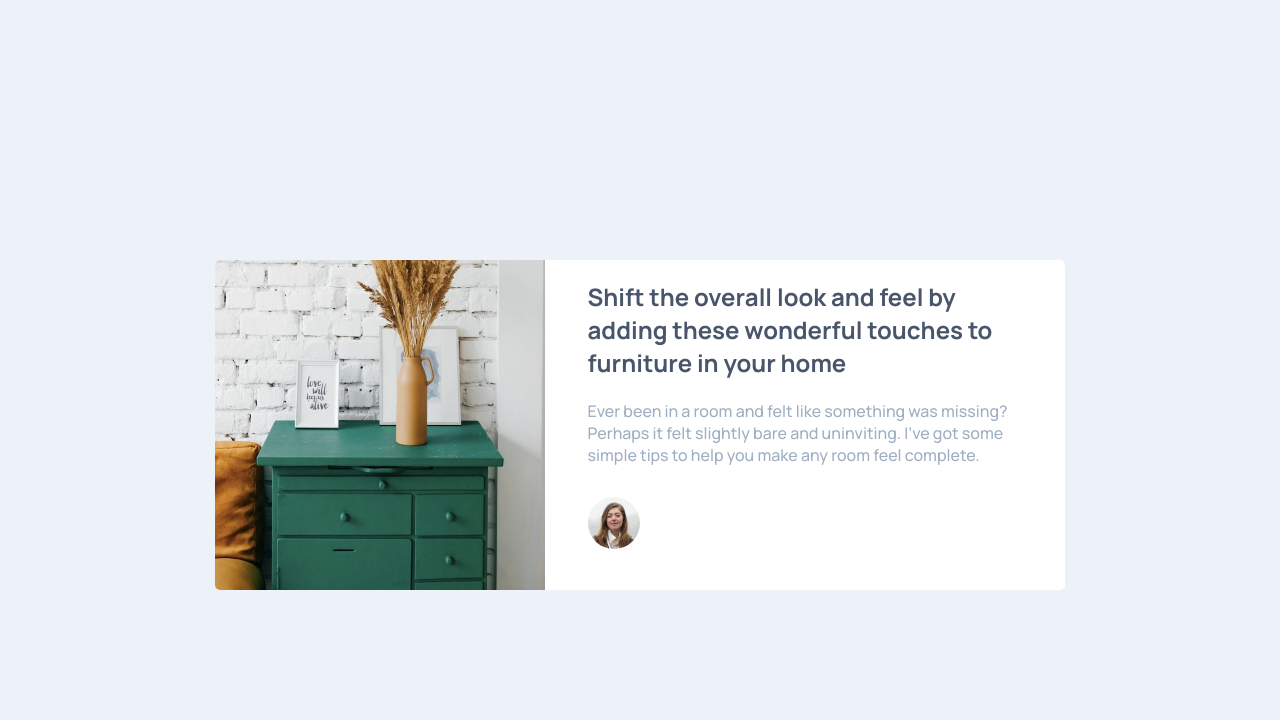
Repository: ricky603/training-css
Page: article-preview-component-master/index.html
An editor plug-in stored every save of this project. The page is shown before and after the next save, followed by the edit.
The browser window is 1280 px wide. The pictures show the whole page.

Above is the page before, as saved 2020-09-09 09:29:18.

After the next save:
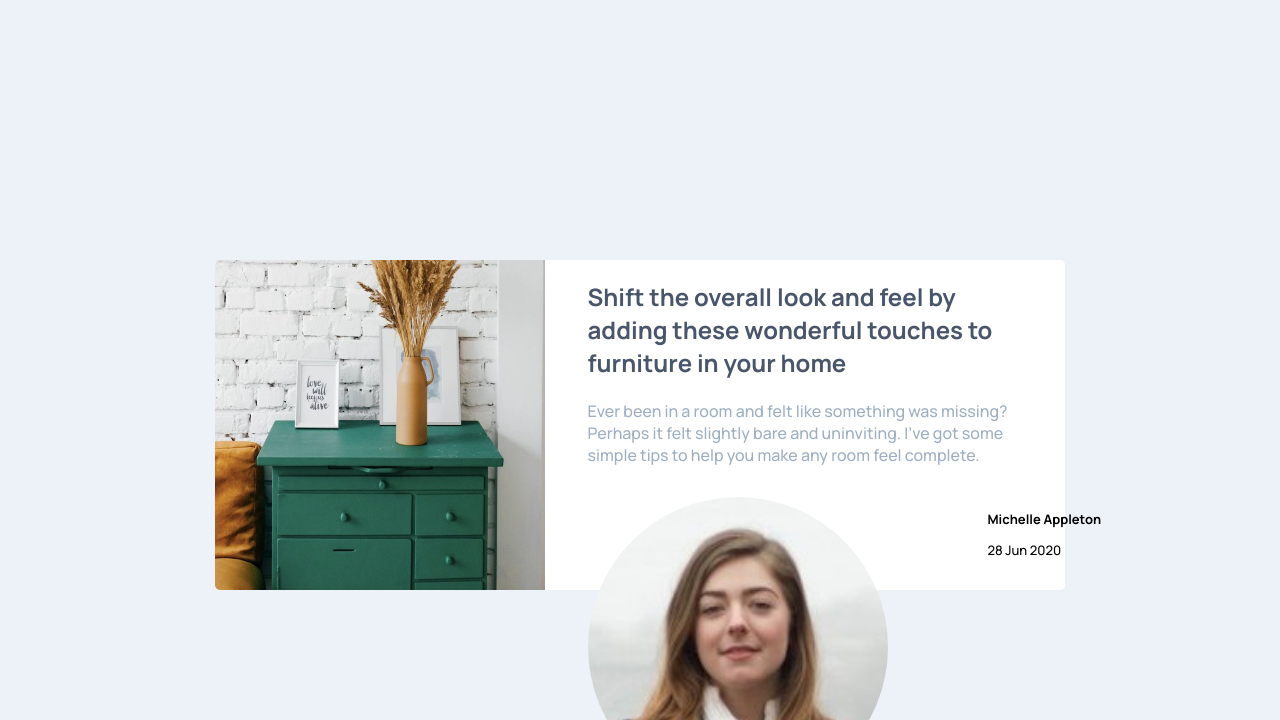
Saved 8 s later.
--- a/article-preview-component-master/styles.css
+++ b/article-preview-component-master/styles.css
@@ -76,7 +76,7 @@
     font-family: 'Manrope';
     font-weight: 700;
     font-size: 13px;
-    width: 50px;
+    width: 1000px;
 }
 
 .date {

After the save that followed:
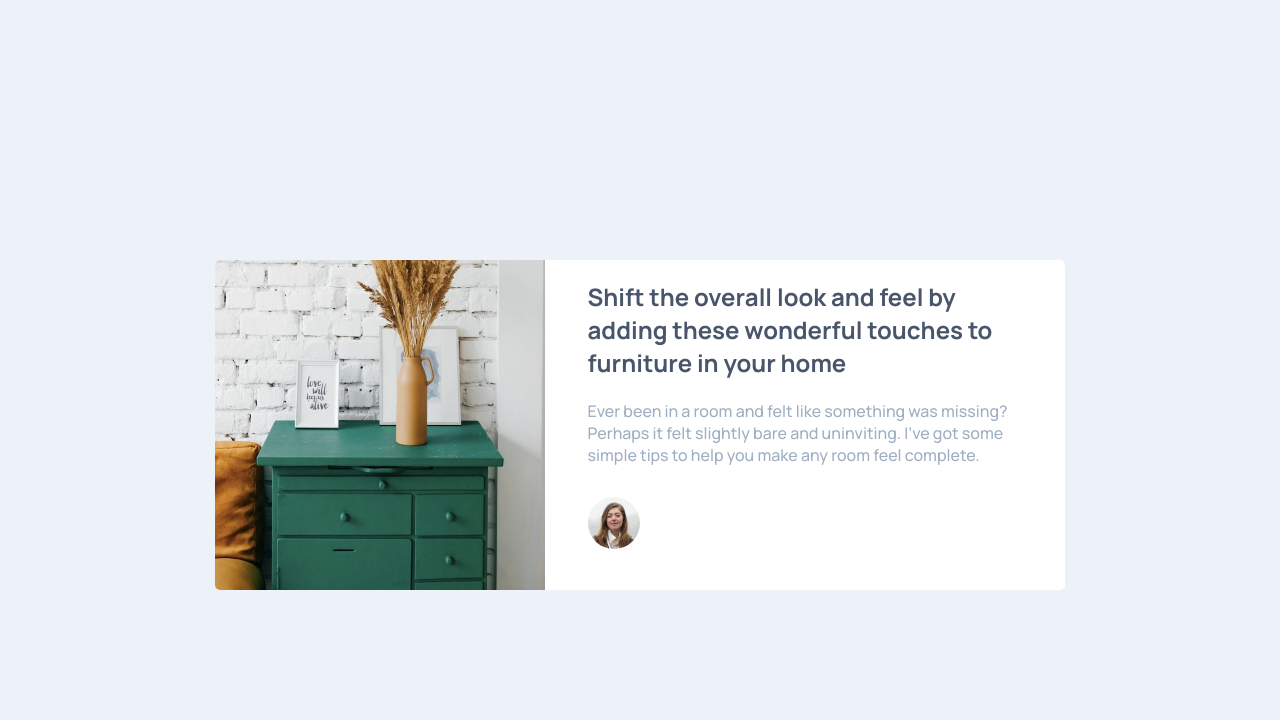
Saved 11 s later.
--- a/article-preview-component-master/styles.css
+++ b/article-preview-component-master/styles.css
@@ -76,7 +76,7 @@
     font-family: 'Manrope';
     font-weight: 700;
     font-size: 13px;
-    width: 1000px;
+    width: 100px;
 }
 
 .date {
